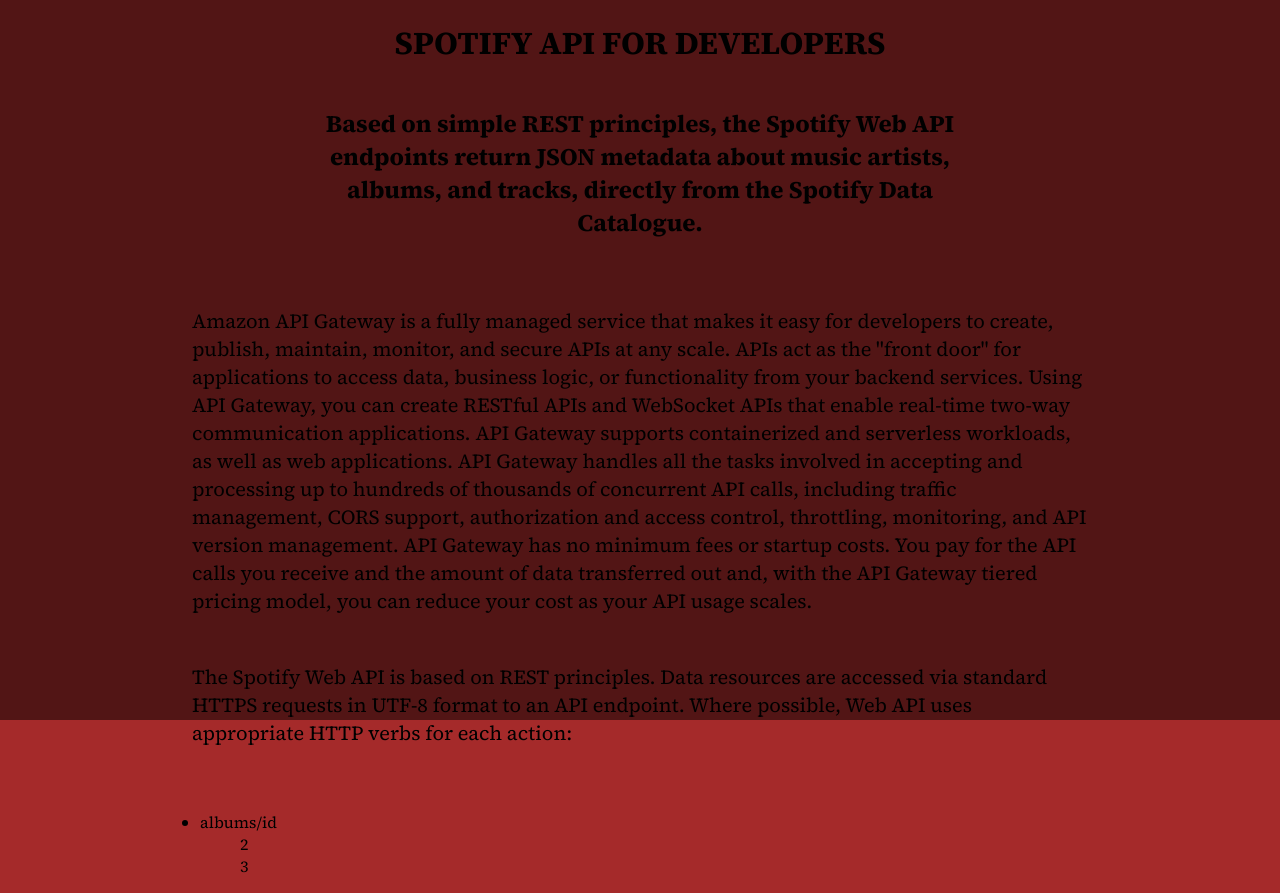
Repository: eliasihai/dizza-html-project
Page: index.html
These files come from the project's save history. The page is drawn as it stood at one moment and after the next save; the edit follows.
The browser window is 1280 px wide. The pictures show the whole page.

Above is the page before, as saved 2022-01-26 00:51:45.

### index.html
<!DOCTYPE html>
<html lang="en">
  <head>
    <meta charset="UTF-8" />
    <meta http-equiv="X-UA-Compatible" content="IE=edge" />
    <meta name="viewport" content="width=device-width, initial-scale=1.0" />
    <link rel="stylesheet" href="style.css" />
    <link rel="preconnect" href="https://fonts.googleapis.com" />
    <link rel="preconnect" href="https://fonts.gstatic.com" crossorigin />
    <link
      href="https://fonts.googleapis.com/css2?family=Source+Serif+4:ital,wght@0,300;0,400;0,500;0,700;1,300;1,700&display=swap"
      rel="stylesheet"
    />
    <title>Spotify API For</title>
  </head>
  <body>
    <div class="container">
      <div class="header_container">
        <!-- <div>
          <img
            src="./png-transparent-youtube-logo-youtube-logo-computer-icons-subscribe-angle-rectangle-airplane.png"
            width="150px"
            alt="This is AWS API image"
          />
        </div> -->
        <div class="title_style">
          <h1>SPOTIFY API FOR DEVELOPERS</h1>
          <h2>
            Based on simple REST principles, the Spotify Web API endpoints
            return JSON metadata about music artists, albums, and tracks,
            directly from the Spotify Data Catalogue.
          </h2>
        </div>
      </div>

      <div class="describe_container">
        <div class="describe_text">
          Amazon API Gateway is a fully managed service that makes it easy for
          developers to create, publish, maintain, monitor, and secure APIs at
          any scale. APIs act as the "front door" for applications to access
          data, business logic, or functionality from your backend services.
          Using API Gateway, you can create RESTful APIs and WebSocket APIs that
          enable real-time two-way communication applications. API Gateway
          supports containerized and serverless workloads, as well as web
          applications. API Gateway handles all the tasks involved in accepting
          and processing up to hundreds of thousands of concurrent API calls,
          including traffic management, CORS support, authorization and access
          control, throttling, monitoring, and API version management. API
          Gateway has no minimum fees or startup costs. You pay for the API
          calls you receive and the amount of data transferred out and, with the
          API Gateway tiered pricing model, you can reduce your cost as your API
          usage scales.
        </div>
        <div class="about_request">
          The Spotify Web API is based on REST principles. Data resources are
          accessed via standard HTTPS requests in UTF-8 format to an API
          endpoint. Where possible, Web API uses appropriate HTTP verbs for
          each action:
        </div>
        <div class="list_container">
          <ul>
            <li>
              albums/id
            </li>
            <ol>
              2
            </ol>
            <ol>
              3
            </ol>
          </ul>
        </div>
      </div>
    </div>
  </body>
</html>

### style.css
body,
html {
  height: 100%;
  margin: 0;
  font-family: 'Source Serif 4', sans-serif;
  background-color: brown;
}
.container {
  height: 100%;
  background-position: center;
  background-repeat: no-repeat;
  background-size: cover;
  padding: 0 10rem;
  background-color: rgba(0,0,0,0.5);
}
.header_container {
  display: flex;
  flex-direction: column;
}
.title_style {
  display: flex;
  flex-direction: column;
  text-align: center;

}
.title_style h2{
    padding: 0 10rem;
}
.describe_container .about_request,.describe_container .describe_text {
  margin: 3rem 2rem;
  font-size: 1.25em;
}
/* .describe_text {
  margin: 3rem 2rem;
} */
.list_container {
  display: flex;
  align-items: center;
  justify-content: flex-start;
  flex: 50%;
}

After the next save:
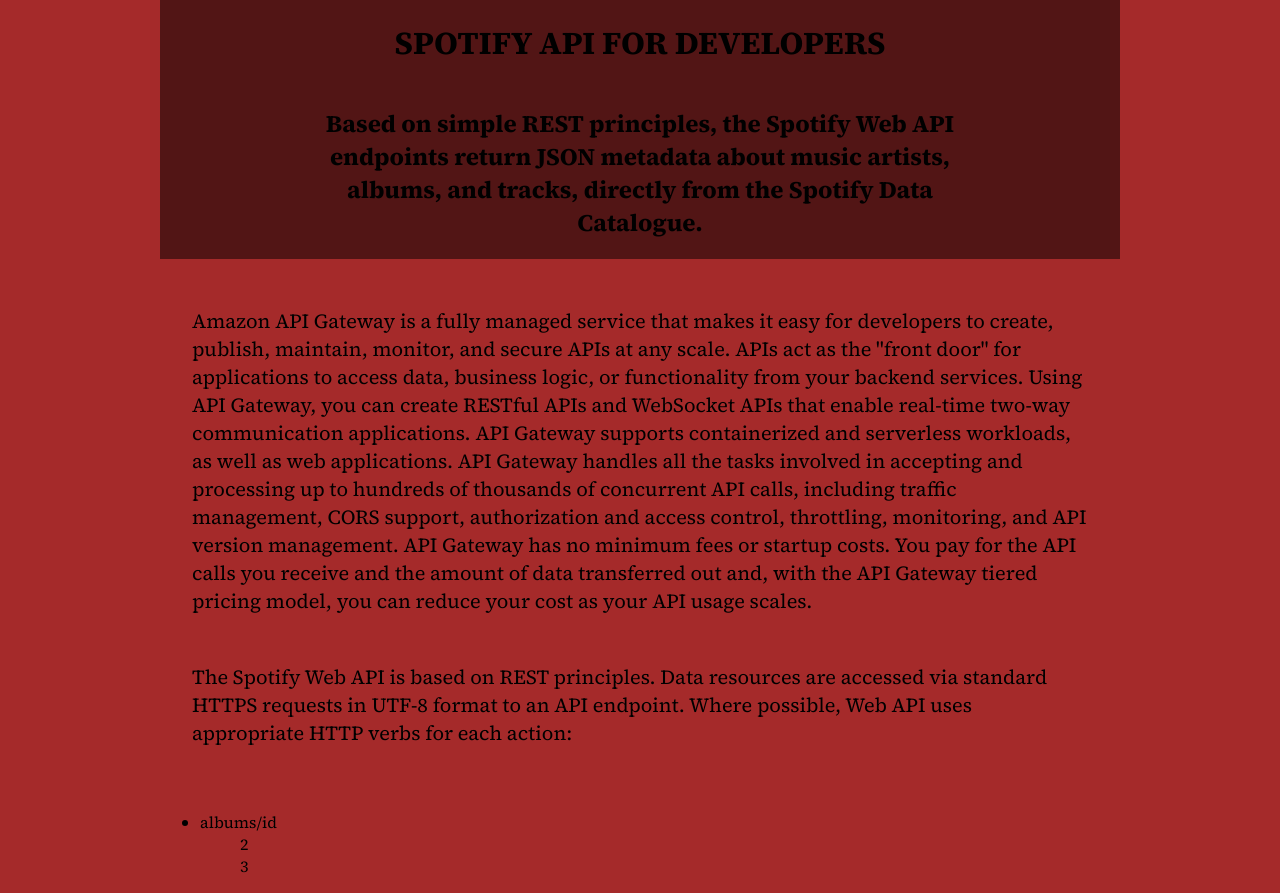
Saved 5 s later.
--- a/style.css
+++ b/style.css
@@ -11,11 +11,12 @@
   background-repeat: no-repeat;
   background-size: cover;
   padding: 0 10rem;
-  background-color: rgba(0,0,0,0.5);
+
 }
 .header_container {
   display: flex;
   flex-direction: column;
+  background-color: rgba(0,0,0,0.5);
 }
 .title_style {
   display: flex;

After the save that followed:
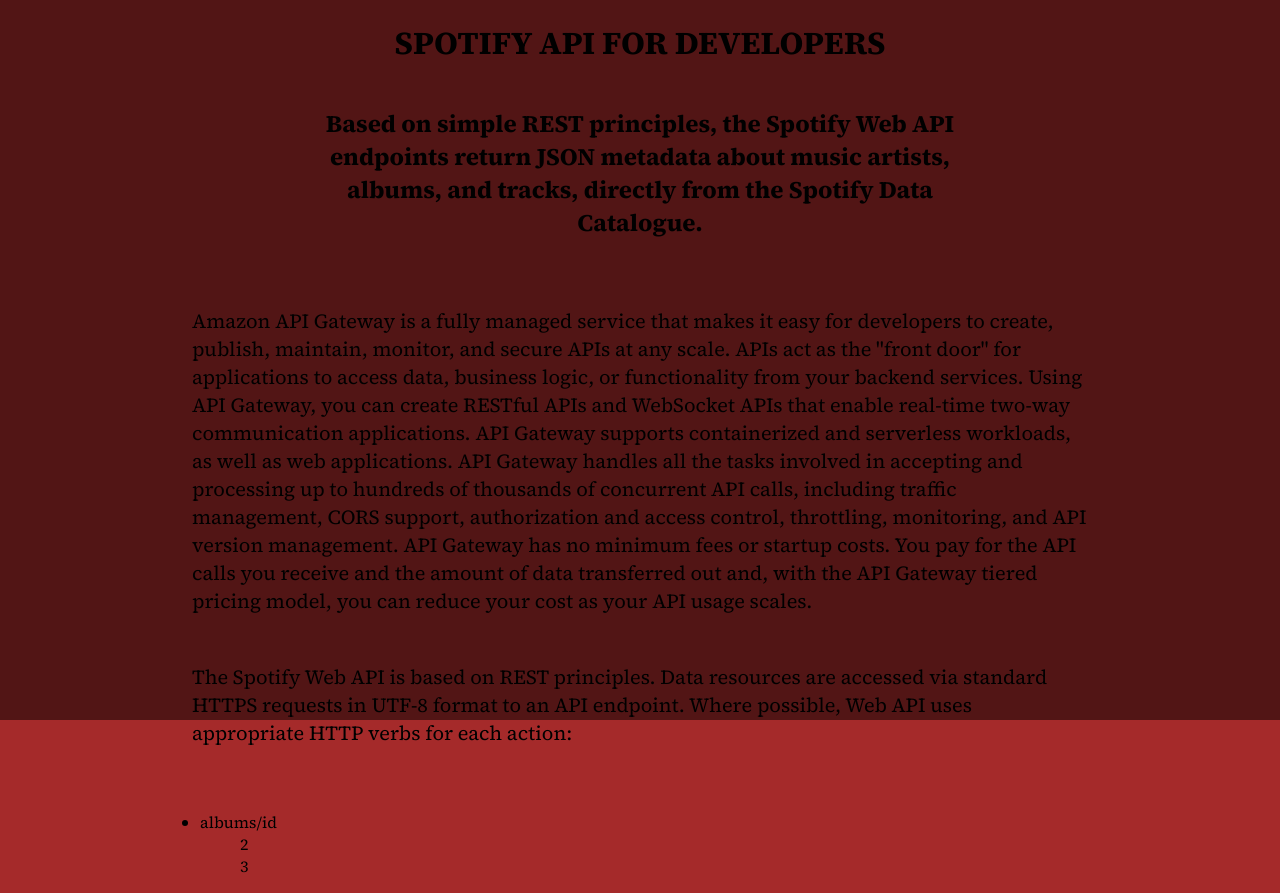
Saved 17 s later.
--- a/style.css
+++ b/style.css
@@ -11,12 +11,11 @@
   background-repeat: no-repeat;
   background-size: cover;
   padding: 0 10rem;
-
+  background-color: rgba(0,0,0,0.5);
 }
 .header_container {
   display: flex;
   flex-direction: column;
-  background-color: rgba(0,0,0,0.5);
 }
 .title_style {
   display: flex;
